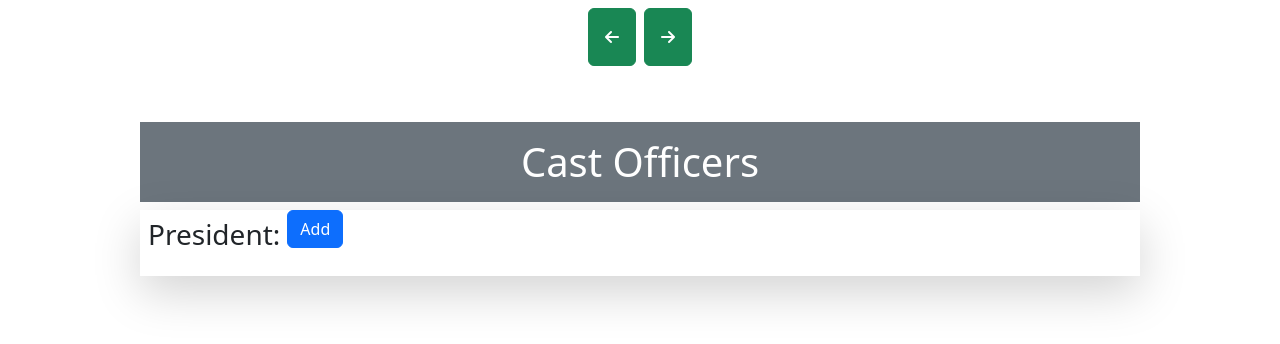
Repository: FRANZSAIJEM/livewire
Page: /second
These files come from the project's save history. The page is drawn as it stood at one moment and after the next save; the edit follows.
The browser window is 1280 px wide. The pictures show the whole page.
The page's requests for data from a server got no answer. Some web libraries are served in a nearby version. The project was rebuilt for these pictures with package versions that can differ from the ones it lists, and the page was loaded fresh each time. No one was signed in, and anything a server would have sent is missing. Also part of the build but not shown: vite.config.ts.

Above is the page before, as saved 2023-02-18 08:05:27.

After the next save:
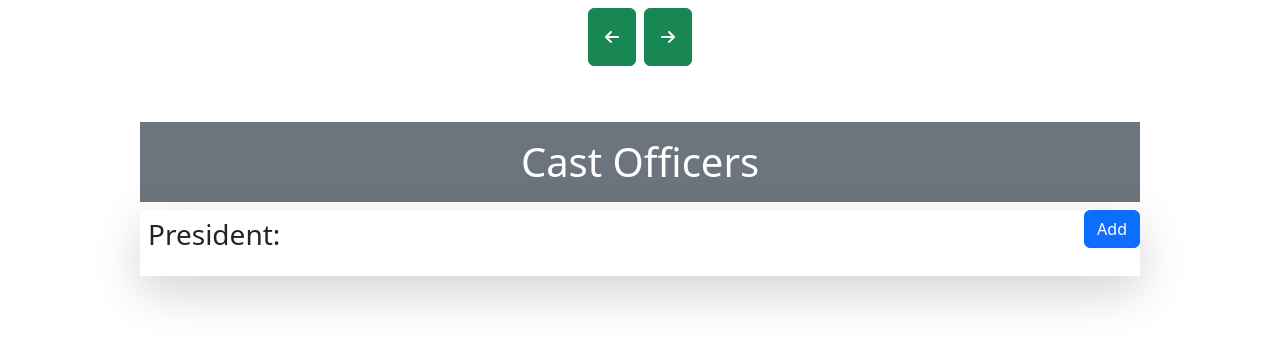
Saved 4 s later.
--- a/src/views/SecondPageView.vue
+++ b/src/views/SecondPageView.vue
@@ -39,7 +39,7 @@
             </label>
             </div>
 
-            <div class="ms-lg-">
+            <div class="ms-lg-auto">
               <button class="btn btn-primary">Add</button>
             </div>
 
